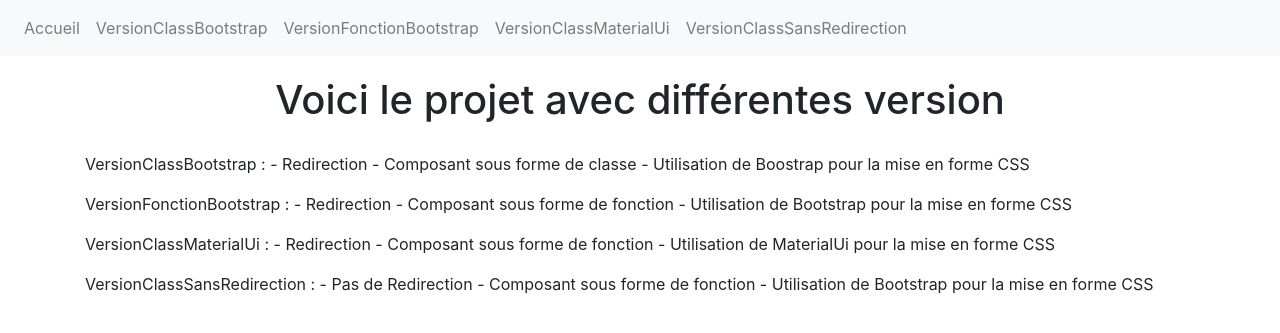
Repository: LudovicB21/CountryTest
Page: /
These files come from the project's save history. The page is drawn as it stood at one moment and after the next save; the edit follows.
The browser window is 1280 px wide. The pictures show the whole page.
The project was rebuilt for these pictures with package versions that can differ from the ones it lists, and the page was loaded fresh each time. Also part of the build but not shown: src/components/VersionClassBootstrap/ListPays.components.js, src/components/VersionClassMaterialUi/ListPays.components.js, src/components/VersionFonctionBoostrap/ListPays.components.js, src/components/VersionSansRedirection/ListPays.component.js, src/components/VersionClassBootstrap/InfoPays.components.js, src/components/VersionClassMaterialUi/InfoPays.components.js, src/components/VersionFonctionBoostrap/InfoPays.components.js.

Above is the page before, as saved 2020-10-29 12:21:36.

After the next save:
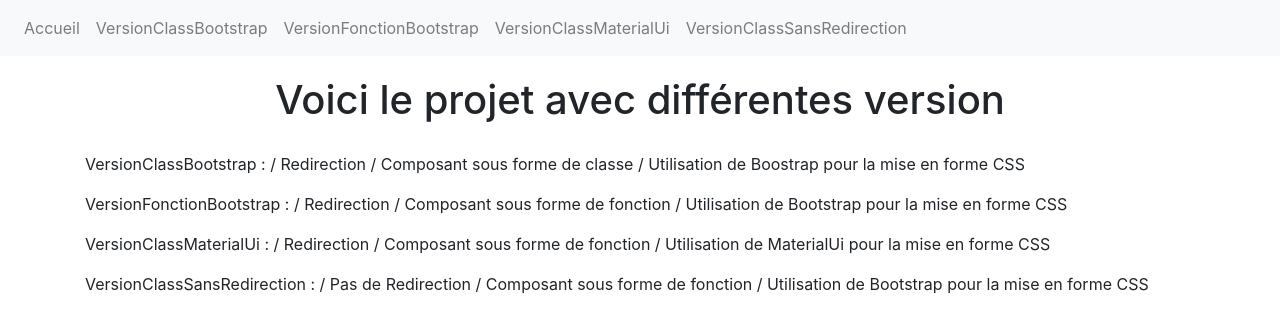
Saved 62 min 29 s later.
--- a/src/components/Accueil.js
+++ b/src/components/Accueil.js
@@ -7,24 +7,24 @@ class Accueil extends Component {
                 <h1 style={{padding: "20px"}}> Voici le projet avec différentes version  </h1>
                 <div style={{textAlign: "left"}}>
                     <p> VersionClassBootstrap :
-                        - Redirection
-                        - Composant sous forme de classe
-                        - Utilisation de Boostrap pour la mise en forme CSS {"\n"}
+                        / Redirection
+                        / Composant sous forme de classe
+                        / Utilisation de Boostrap pour la mise en forme CSS {"\n"}
                     </p>
                     <p> VersionFonctionBootstrap :
-                        - Redirection
-                        - Composant sous forme de fonction
-                        - Utilisation de Bootstrap pour la mise en forme CSS {"\n"}
+                        / Redirection
+                        / Composant sous forme de fonction
+                        / Utilisation de Bootstrap pour la mise en forme CSS {"\n"}
                     </p>
                     <p> VersionClassMaterialUi :
-                        - Redirection
-                        - Composant sous forme de fonction
-                        - Utilisation de MaterialUi pour la mise en forme CSS {"\n"}
+                        / Redirection
+                        / Composant sous forme de fonction
+                        / Utilisation de MaterialUi pour la mise en forme CSS {"\n"}
                     </p>
                     <p> VersionClassSansRedirection :
-                        - Pas de Redirection
-                        - Composant sous forme de fonction
-                        - Utilisation de Bootstrap pour la mise en forme CSS {"\n"}
+                        / Pas de Redirection
+                        / Composant sous forme de fonction
+                        / Utilisation de Bootstrap pour la mise en forme CSS {"\n"}
                     </p>
                 </div>
             </div>
